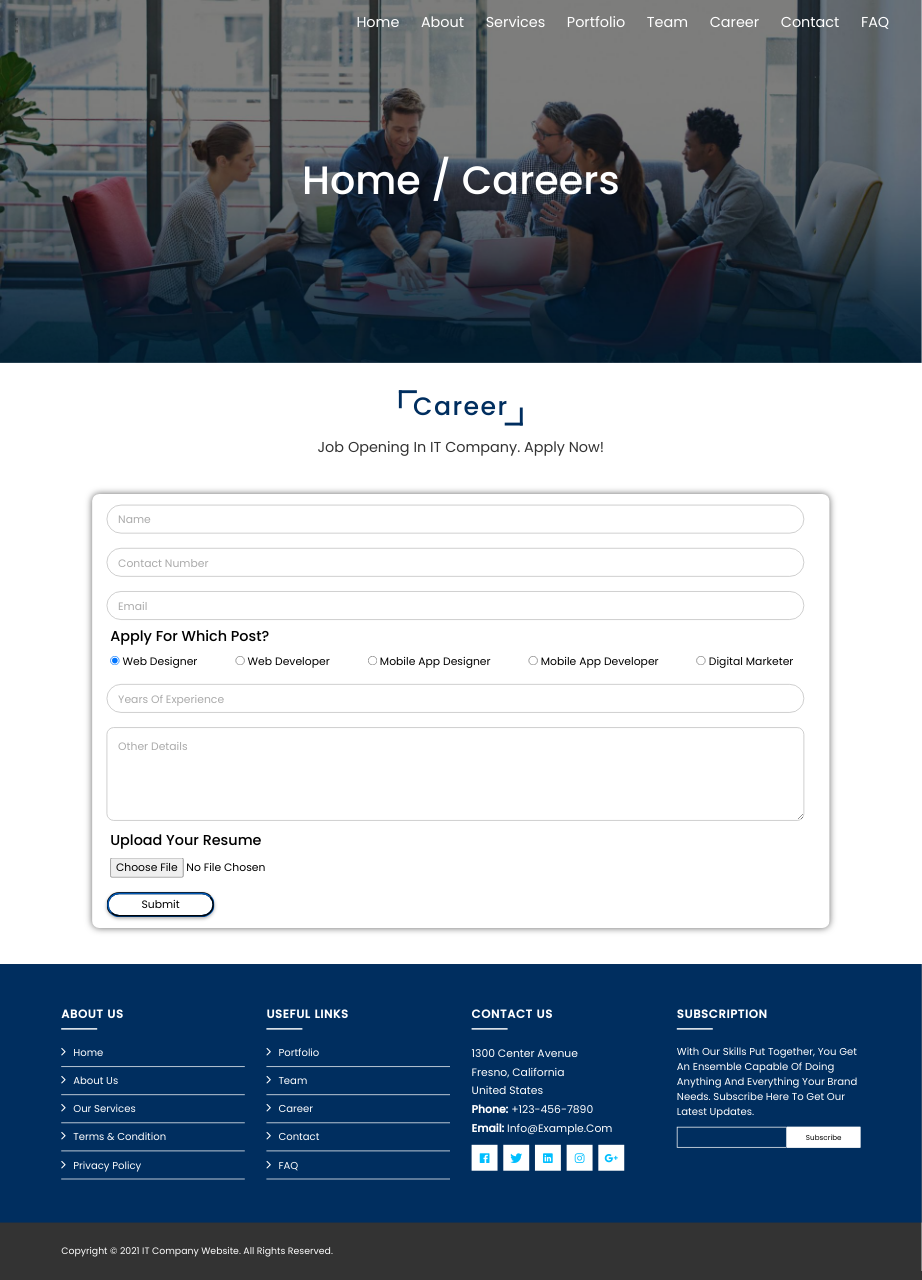
Repository: notyourclose/IT-Company-Website
Page: careers.html
These files come from the project's save history. The page is drawn as it stood at one moment and after the next save; the edit follows.
The browser window is 1280 px wide. The pictures show the whole page, at 72% of full size.

Above is the page before, as saved 2025-11-09 15:06:58.

### careers.html
<!DOCTYPE html>
<html lang="en">
<head>
    <meta charset="UTF-8">
    <meta http-equiv="X-UA-Compatible" content="IE=edge">
    <meta name="viewport" content="width=device-width, initial-scale=1.0">
    <title>IT Company Website</title>
    <link rel="stylesheet" href="./css/careers.css">
    <link rel="stylesheet" href="https://cdnjs.cloudflare.com/ajax/libs/font-awesome/5.15.3/css/all.min.css">
    <script src="https://cdnjs.cloudflare.com/ajax/libs/jquery/3.6.0/jquery.min.js"></script>
    <link rel="icon" href="./images/image.png">
    <link rel="stylesheet" href="https://cdnjs.cloudflare.com/ajax/libs/twitter-bootstrap/4.1.3/css/bootstrap.min.css">
    <link rel="stylesheet" href="https://cdnjs.cloudflare.com/ajax/libs/ionicons/2.0.1/css/ionicons.min.css">
    <link rel="stylesheet" href="https://cdn.jsdelivr.net/npm/bootstrap@4.5.3/dist/css/bootstrap.min.css" integrity="sha384-TX8t27EcRE3e/ihU7zmQxVncDAy5uIKz4rEkgIXeMed4M0jlfIDPvg6uqKI2xXr2" crossorigin="anonymous">
    <link rel="stylesheet" href="https://stackpath.bootstrapcdn.com/font-awesome/4.7.0/css/font-awesome.min.css" integrity="sha384-wvfXpqpZZVQGK6TAh5PVlGOfQNHSoD2xbE+QkPxCAFlNEevoEH3Sl0sibVcOQVnN" crossorigin="anonymous">
    <link href="lib/bootstrap/css/bootstrap.min.css" rel="stylesheet">
    <link href="lib/ionicons/css/ionicons.min.css" rel="stylesheet">
    <link href="lib/owlcarousel/assets/owl.carousel.min.css" rel="stylesheet">
    <link href="lib/lightbox/css/lightbox.min.css" rel="stylesheet">
    <script src="./js/main.js"></script>
</head>
<body>
    <header class="header">
        <a href="#" class="logo"><img src="./images/image.png" alt=""></a>
        <div class="fas fa-bars"></div>
        <nav class="navbar">
            <ul>
                <li><a href="index.html#home">home</a></li>
                <li><a href="index.html#about">about</a></li>
                <li><a href="index.html#service">services</a></li>
                <li><a href="index.html#portfolio">portfolio</a></li>
                <li><a href="index.html#team">team</a></li>
                <li><a href="careers.html">career</a></li>
                <li><a href="index.html#contact">contact</a></li>
                <li><a href="index.html#faq">FAQ</a></li>
            </ul>
        </nav>
    </header>

    <section id="home" class="home">
        <h2>Home / Careers</h2>
    </section>

    <section id="career-heading" class="career-heading">
        <h1 class="heading">Career</h1>
        <p>Job Opening in IT Company. Apply Now!</p>
    </section>
    <div class="career">
        <div class="career-form">
            <form action="./careers.php" method="POST" enctype="multipart/form-data">
                <input type="text" name="name" placeholder="Name" class="career-form-txt" required>
                <input type="tel" id="phone" name="phone" pattern="[0-9]{10}" required placeholder="Contact number" maxlength="10" class="career-form-phone">
                <input type="email" name="email" placeholder="Email" class="career-form-email" required>
                <div class="radio-class">
                    <h2 class="name">Apply For Which Post?</h2>
                <label class="radio">
                  <input class="radio-one" type="radio" checked="checked" name="status" value="Web Designer">
                  <span class="checkmark"></span>
                  Web Designer
                </label>
                <label class="radio">
                  <input class="radio-two" type="radio" name="status" value="Web Developer">
                  <span class="checkmark"></span>
                  Web Developer
                </label>
                <label class="radio">
                  <input class="radio-three" type="radio" name="status" value="Mobile App Designer">
                  <span class="checkmark"></span>
                  Mobile App Designer
                </label>
                <label class="radio">
                    <input class="radio-four" type="radio" name="status" value="Mobile App Developer">
                    <span class="checkmark"></span>
                    Mobile App Developer
                  </label>
                <label class="radio">
                  <input class="radio-five" type="radio"  name="status" value="Digital Marketer">
                  <span class="checkmark"></span>
                  Digital Marketer
                </label>
                </div>
                <input type="number" id="experience" name="experience" required placeholder="Years of Experience" class="career-form-experience">
                <textarea placeholder="Other Details" name="details" class="career-form-txtarea" required></textarea>
                <div class="file">
                    <h2 class="name">Upload Your Resume</h2>
                    <input class="upload" type="file" name="fileToUpload" accept=".doc,.docx,.pdf"><br><br><br>
                </div>
                <input type="submit" value="Submit" name="submit" class="career-form-btn">
            </form>
        </div>
    </div>

      <div class="footer">
        <div class="footer-top">
            <div class="container">
                <div class="row">
                    <div class="col-lg-3 col-md-6 footer-links">
                        <h4>About Us</h4>
                        <ul>
                            <li><i class="ion-ios-arrow-forward"></i> <a href="index.html#home">Home</a></li>
                            <li><i class="ion-ios-arrow-forward"></i> <a href="index.html#about">About us</a></li>
                            <li><i class="ion-ios-arrow-forward"></i> <a href="index.html#service">Our services</a></li>
                            <li><i class="ion-ios-arrow-forward"></i> <a href="index.html#home">Terms & condition</a></li>
                            <li><i class="ion-ios-arrow-forward"></i> <a href="index.html#home">Privacy policy</a></li>
                        </ul>
                    </div>

                    <div class="col-lg-3 col-md-6 footer-links">
                        <h4>Useful Links</h4>
                        <ul>
                            <li><i class="ion-ios-arrow-forward"></i> <a href="index.html#portfolio">Portfolio</a></li>
                            <li><i class="ion-ios-arrow-forward"></i> <a href="index.html#team">Team</a></li>
                            <li><i class="ion-ios-arrow-forward"></i> <a href="careers.html">Career</a></li>
                            <li><i class="ion-ios-arrow-forward"></i> <a href="index.html#contact">Contact</a></li>
                            <li><i class="ion-ios-arrow-forward"></i> <a href="index.html#faq">FAQ</a></li>
                        </ul>
                    </div>

                    <div class="col-lg-3 col-md-6 footer-contact" style="font-size: 1.5rem;">
                        <h4>Contact Us</h4>
                        <p>
                            1300  Center Avenue<br>
                            Fresno, California<br>
                            United States <br>
                            <strong>Phone:</strong> +123-456-7890<br>
                            <strong>Email:</strong> info@example.com<br>
                        </p>

                        <div class="social-links">
                            <a href="https://www.facebook.com/"><i class="ion-logo-facebook"></i></a>
                            <a href="https://twitter.com/login?lang=en"><i class="ion-logo-twitter"></i></a>
                            <a href="https://www.linkedin.com/"><i class="ion-logo-linkedin"></i></a>
                            <a href="https://www.instagram.com/"><i class="ion-logo-instagram"></i></a>
                            <a href="https://accounts.google.com/servicelogin/signinchooser?flowName=GlifWebSignIn&flowEntry=ServiceLogin"><i class="ion-logo-googleplus"></i></a>
                        </div>

                    </div>

                    <div class="col-lg-3 col-md-6 footer-newsletter">
                        <h4>Subscription</h4>
                        <p>With Our Skills Put Together, You Get An Ensemble Capable Of Doing Anything And Everything Your Brand Needs. Subscribe Here To Get Our Latest Updates.</p>
                        <form action="" method="post">
                            <input type="email" name="email"><input type="submit"  value="Subscribe">
                        </form>
                    </div>

                </div>
            </div>
        </div>

        <div class="container">
            <div class="row align-items-center">
                <div class="col-md-6 copyright" style="color: #fff; font-size: 1.3rem;">
                    Copyright &copy; 2021 IT Company Website. All Rights Reserved.
                </div>
            </div>
        </div>
    </div>

    <a href="#" class="back-to-top"><i class="ion-ios-arrow-up"></i></a>

    <script src="lib/jquery/jquery.min.js"></script>
    <script src="lib/jquery/jquery-migrate.min.js"></script>
    <script src="lib/bootstrap/js/bootstrap.bundle.min.js"></script>
    <script src="lib/easing/easing.min.js"></script>
    <script src="lib/waypoints/waypoints.min.js"></script>
    <script src="lib/counterup/counterup.min.js"></script>
    <script src="lib/owlcarousel/owl.carousel.min.js"></script>
    <script src="lib/lightbox/js/lightbox.min.js"></script>

</body>
</html>

Loaded but not shown: lib/bootstrap/css/bootstrap.min.css (library); lib/ionicons/css/ionicons.min.css (library); lib/owlcarousel/assets/owl.carousel.min.css (common file); lib/lightbox/css/lightbox.min.css (common file); lib/jquery/jquery.min.js (library); lib/jquery/jquery-migrate.min.js (library); lib/bootstrap/js/bootstrap.bundle.min.js (library); lib/easing/easing.min.js (common file); lib/waypoints/waypoints.min.js (library); lib/counterup/counterup.min.js (common file); lib/owlcarousel/owl.carousel.min.js (library); lib/lightbox/js/lightbox.min.js (library); js/main.js (77 lines, source omitted); css/careers.css (666 lines, source omitted)

After the next save:
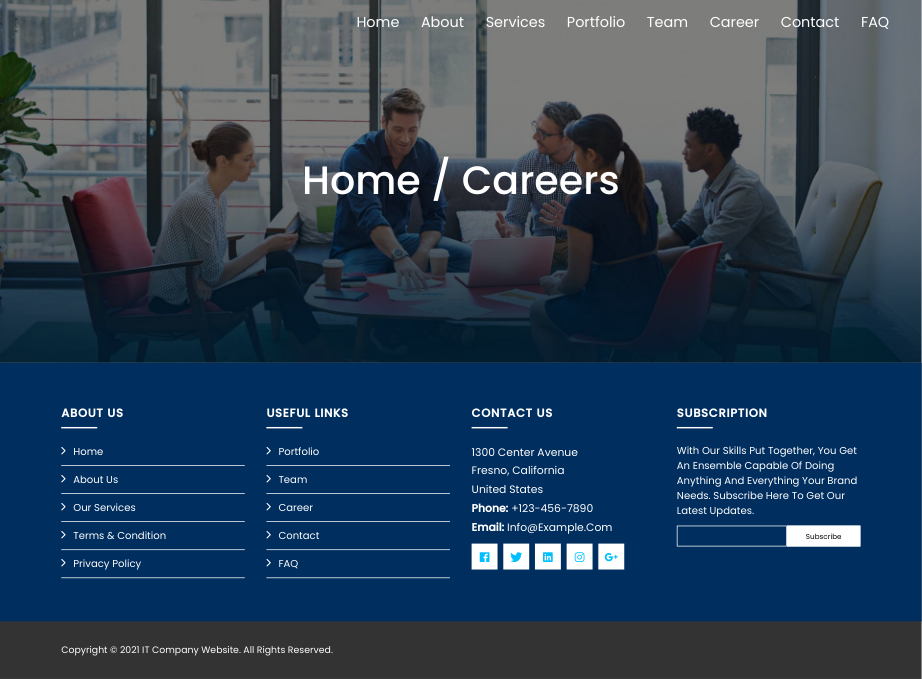
Saved 116 s later.
--- a/careers.html
+++ b/careers.html
@@ -41,7 +41,7 @@
         <h2>Home / Careers</h2>
     </section>
 
-    <section id="career-heading" class="career-heading">
+    <!-- <section id="career-heading" class="career-heading">
         <h1 class="heading">Career</h1>
         <p>Job Opening in IT Company. Apply Now!</p>
     </section>
@@ -88,7 +88,7 @@
                 <input type="submit" value="Submit" name="submit" class="career-form-btn">
             </form>
         </div>
-    </div>
+    </div> -->
 
       <div class="footer">
         <div class="footer-top">

After the save that followed:
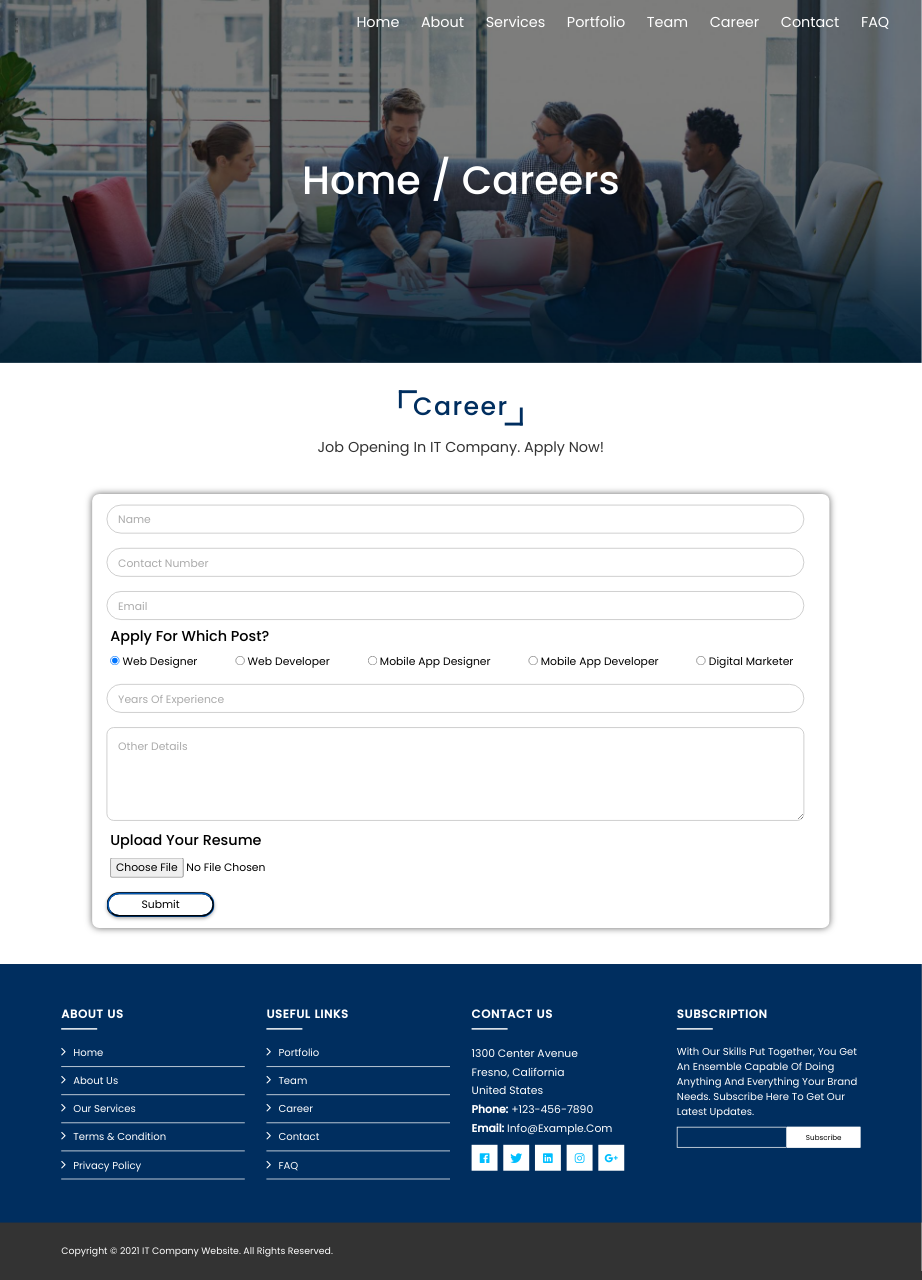
Saved 109 s later.
--- a/careers.html
+++ b/careers.html
@@ -41,7 +41,7 @@
         <h2>Home / Careers</h2>
     </section>
 
-    <!-- <section id="career-heading" class="career-heading">
+    <section id="career-heading" class="career-heading">
         <h1 class="heading">Career</h1>
         <p>Job Opening in IT Company. Apply Now!</p>
     </section>
@@ -88,7 +88,7 @@
                 <input type="submit" value="Submit" name="submit" class="career-form-btn">
             </form>
         </div>
-    </div> -->
+    </div>
 
       <div class="footer">
         <div class="footer-top">
